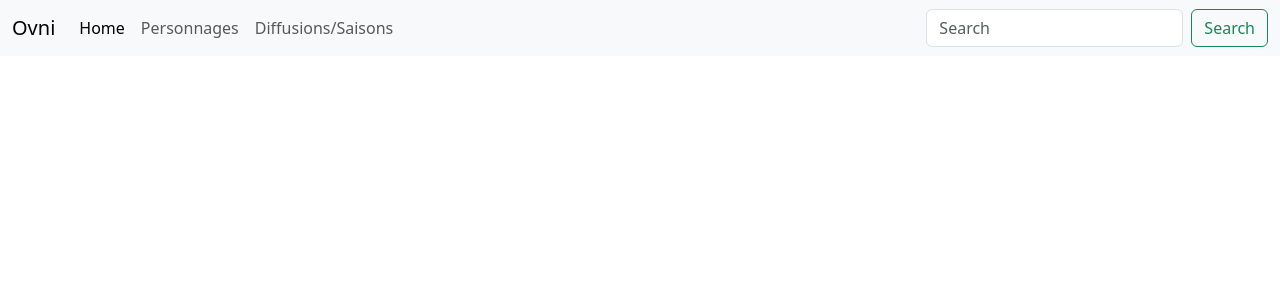
Repository: Timazoy/Site_ovni_tp
Page: perso.html
The author's editor kept a copy of each file at every save. The page is drawn from the files as they stood at one save, then again after the next save.
The browser window is 1280 px wide. The pictures show the whole page.

Above is the page before, as saved 2025-12-15 08:34:36.

After the next save:
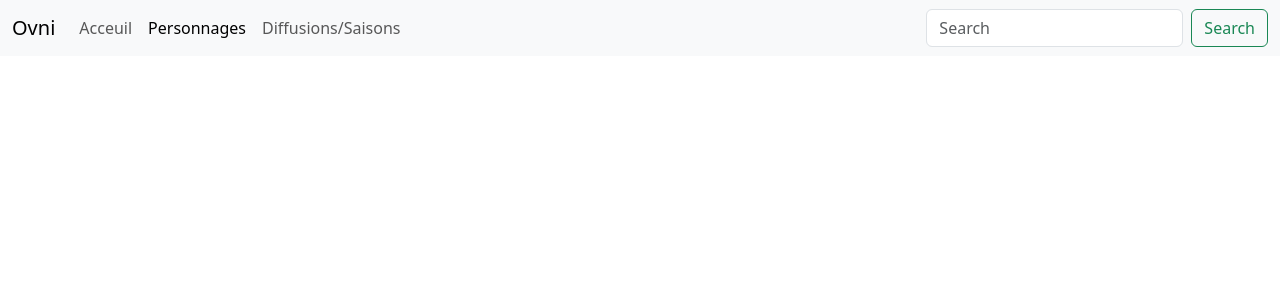
Saved 65 s later.
--- a/perso.html
+++ b/perso.html
@@ -23,13 +23,13 @@
             <div class="collapse navbar-collapse" id="navbarSupportedContent">
                 <ul class="navbar-nav me-auto mb-2 mb-lg-0">
                     <li class="nav-item">
-                        <a class="nav-link active" aria-current="page" href="#">Home</a>
+                        <a class="nav-link" aria-current="page" href="./index.html">Acceuil</a>
                     </li>
                     <li class="nav-item">
-                        <a class="nav-link" href="./perso.html">Personnages</a>
+                        <a class="nav-link active" href="./perso.html">Personnages</a>
                     </li>
                     <li class="nav-item">
-                        <a class="nav-link" href="./perso.html">Diffusions/Saisons</a>
+                        <a class="nav-link" href="./saisons.html">Diffusions/Saisons</a>
                     </li>
                 </ul>
                 <form class="d-flex" role="search">
